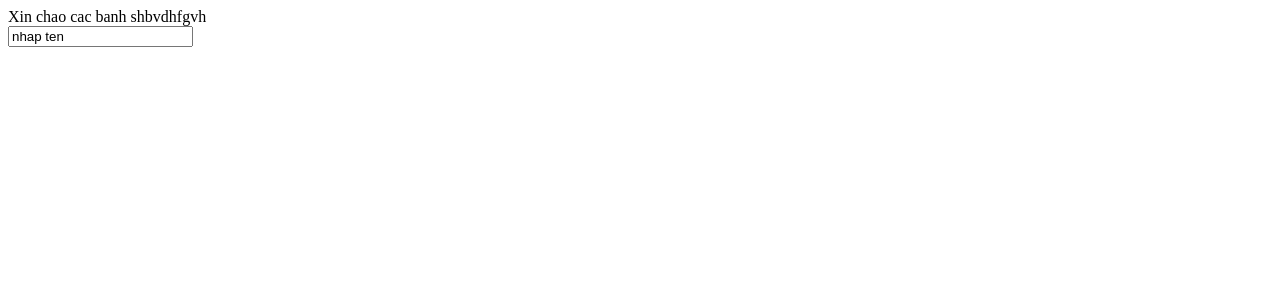
Repository: thanhp6868/ltWeb
Page: 1110/1/1.html
An editor plug-in stored every save of this project. The page is shown before and after the next save, followed by the edit.
The browser window is 1280 px wide. The pictures show the whole page.

Above is the page before, as saved 2023-10-11 14:33:15.

### 1110/1/1.html
<!DOCTYPE html>
<html>

<head>
    <title>1</title>
    <link rel="stylesheet" href="https://cdnjs.cloudflare.com/ajax/libs/font-awesome/6.4.0/css/all.min.css"
        integrity="sha512-iecdLmaskl7CVkqkXNQ/ZH/XLlvWZOJyj7Yy7tcenmpD1ypASozpmT/E0iPtmFIB46ZmdtAc9eNBvH0H/ZpiBw=="
        crossorigin="anonymous" referrerpolicy="no-referrer" />
    <script type="text/javascript" src="javas.js"></script>
</head>

<body>
    <FORM>
        <INPUT TYPE="text" VALUE="nhap ten" id="value"
        onchange="vidu()">
    </FORM>

</body>

</html>

### 1110/1/javas.js
document.write("Xin chao cac banh shbvdhfgvh");

function vidu( name){
    alert("Xin chao, "+ value.value);
}

After the next save:
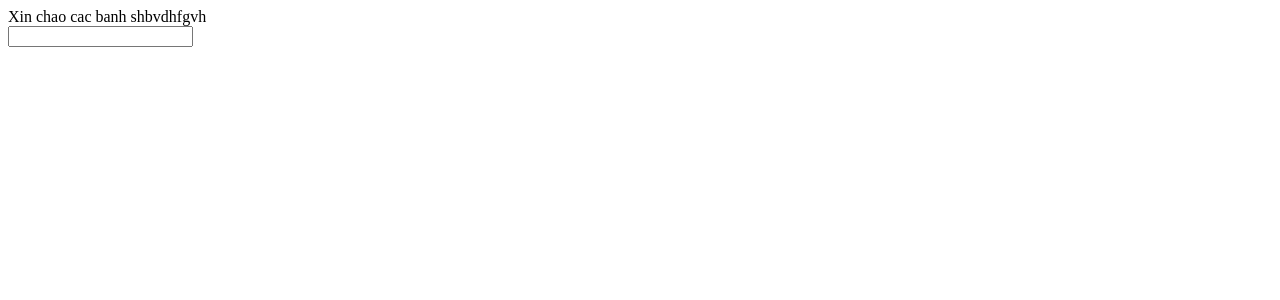
Saved 15 s later.
--- a/1110/1/1.html
+++ b/1110/1/1.html
@@ -11,7 +11,7 @@
 
 <body>
     <FORM>
-        <INPUT TYPE="text" VALUE="nhap ten" id="value"
+        <INPUT TYPE="text"  id="value"
         onchange="vidu()">
     </FORM>
 
